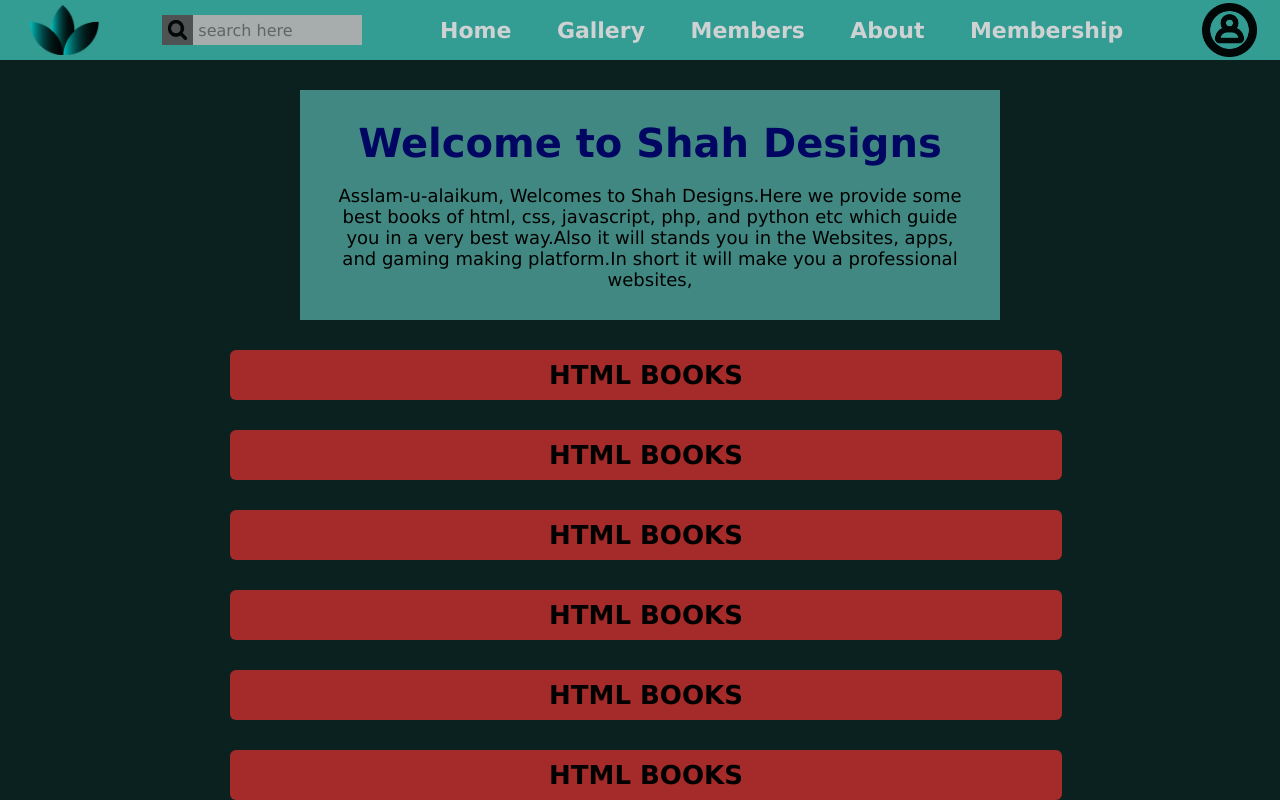
Repository: RawahaMR11/my_assignments
Page: rawaha computer/Shah Designs web/Shah home page.html
An editor plug-in stored every save of this project. The page is shown before and after the next save, followed by the edit.
The browser window is 1280 px wide. The pictures show the whole page.

Above is the page before, as saved 2024-12-13 08:37:45.

After the next save:
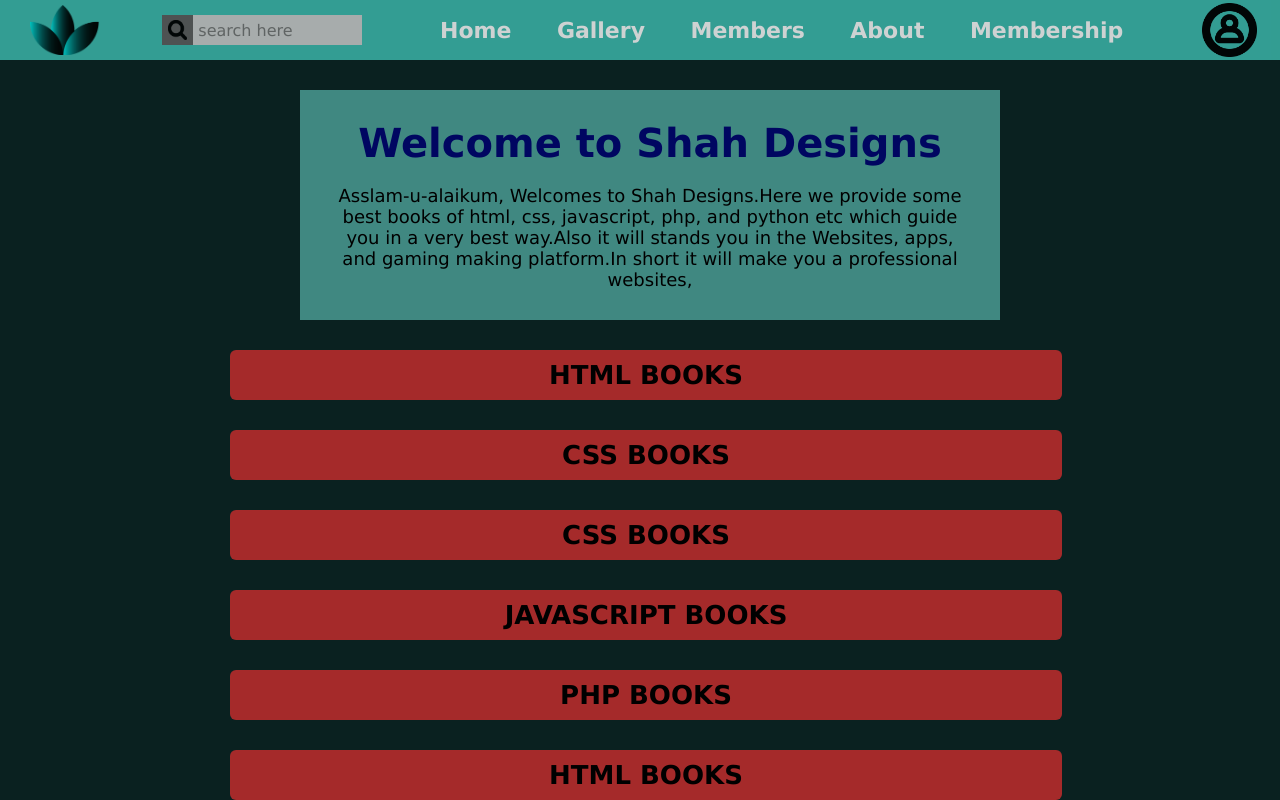
Saved 90 s later.
--- a/rawaha computer/Shah Designs web/Shah home page.html
+++ b/rawaha computer/Shah Designs web/Shah home page.html
@@ -49,16 +49,16 @@
             <p>HTML BOOKS</p>
       </div>
       <div class="css-books">
-            <p>HTML BOOKS</p>
+            <p>CSS BOOKS</p>
       </div>
       <div class="javascript-books">
-            <p>HTML BOOKS</p>
+            <p>CSS BOOKS</p>
       </div>
       <div class="php-books">
-            <p>HTML BOOKS</p>
+            <p>JAVASCRIPT BOOKS</p>
       </div>
       <div class="python-books">
-            <p>HTML BOOKS</p>
+            <p>PHP BOOKS</p>
       </div>
       <div class="Cpp-books">
             <p>HTML BOOKS</p>
